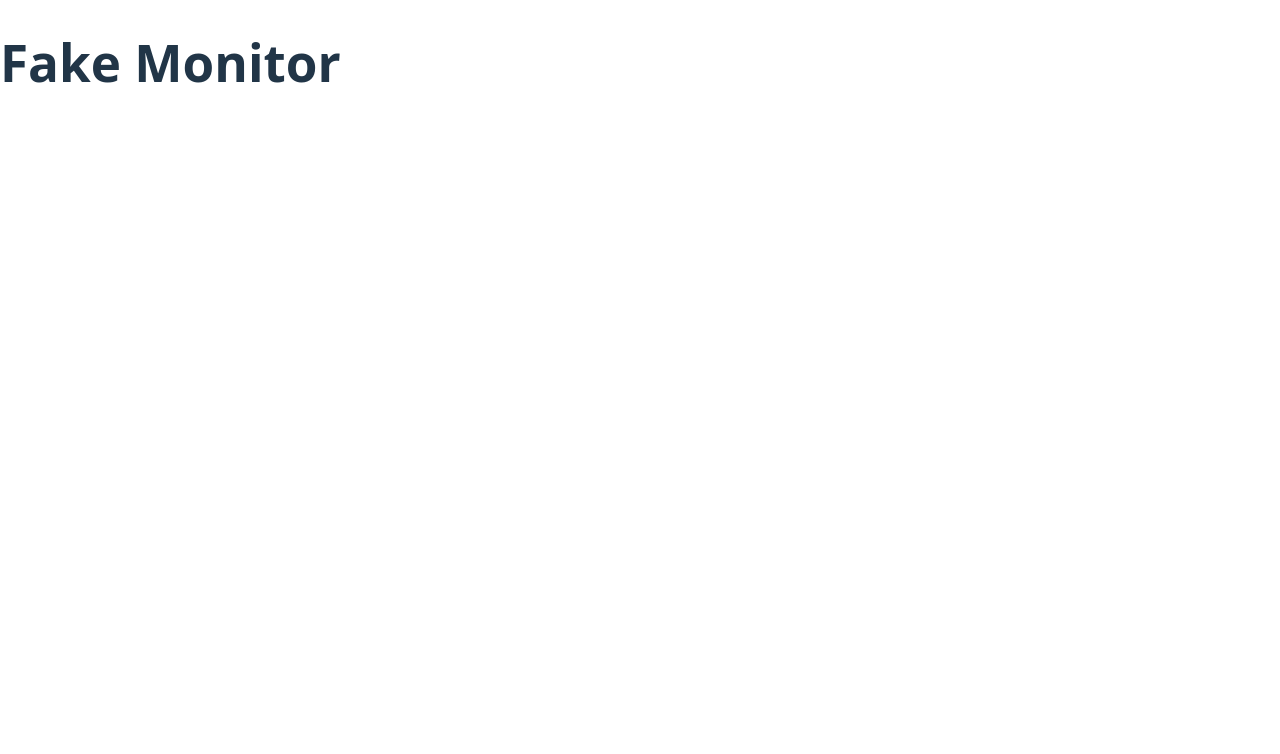
Repository: XJN7197/fake-monitor
Page: /
An editor plug-in stored every save of this project. The page is shown before and after the next save, followed by the edit.
The browser window is 1280 px wide. The pictures show the whole page.
The project was rebuilt for these pictures with package versions that can differ from the ones it lists, and the page was loaded fresh each time. Also part of the build but not shown: vite.config.ts.

Above is the page before, as saved 2025-03-08 21:25:57.

After the next save:
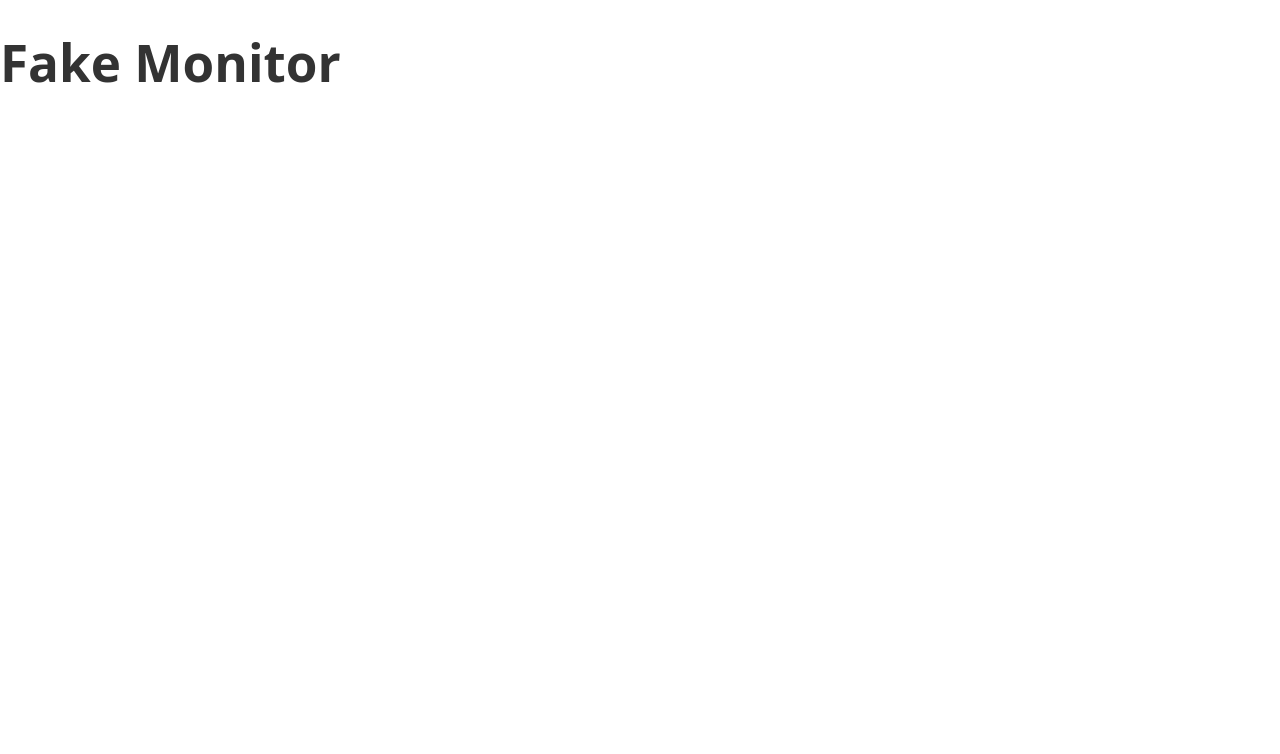
Saved 99 s later.
--- a/src/App.scss
+++ b/src/App.scss
@@ -1,4 +1,10 @@
 .app{
   width:100%;
   min-height:100vh;
+  h1{
+    color: #333;
+    &:hover{
+      color: #666;
+    }
+  }
 }
